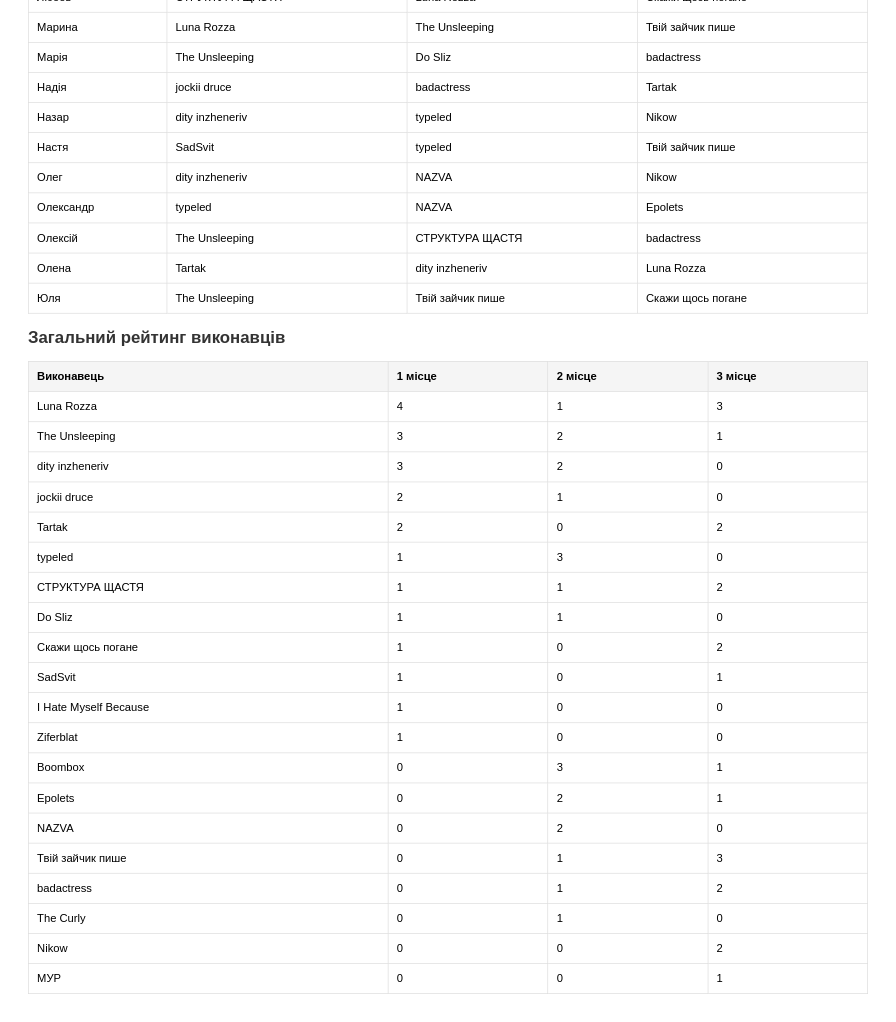
Repository: sheislera/IOD2
Page: http://localhost/
These files come from the project's save history. The page is drawn as it stood at one moment and after the next save; the edit follows.
The browser window is 1280 px wide. The pictures show the part of the page from y = 1050 to 2970 px (the page is 2510 px tall before and 2970 px after), at 70% of full size.
The page is served by the project's application, run on Flask 3 (main.py). The page reads the database file committed with the project.

Above is the page before, as saved 2025-05-12 22:33:56.

### templates/vote.html
<!DOCTYPE html>
<html lang="uk">
<head>
    <meta charset="UTF-8">
    <meta name="viewport" content="width=device-width, initial-scale=1.0">
    <title>Голосування</title>
    <style>
        body {
            font-family: Arial, sans-serif;
            max-width: 1200px;
            margin: 0 auto;
            padding: 20px;
        }

        h1, h2 {
            color: #333;
        }

        table {
            width: 100%;
            border-collapse: collapse;
            margin: 20px 0;
        }

        th, td {
            padding: 12px;
            text-align: left;
            border: 1px solid #ddd;
        }

        th {
            background-color: #f5f5f5;
        }

        form {
            display: grid;
            gap: 15px;
            max-width: 600px;
            margin: 20px 0;
        }

        label {
            font-weight: bold;
            margin-top: 10px;
        }

        select {
            padding: 8px;
            border: 1px solid #ddd;
            border-radius: 4px;
            width: 100%;
        }

        button {
            padding: 10px 20px;
            background-color: #4CAF50;
            color: white;
            border: none;
            border-radius: 4px;
            cursor: pointer;
            margin-top: 10px;
        }

        button:hover {
            background-color: #45a049;
        }

        .voting-form {
            background-color: #f9f9f9;
            padding: 20px;
            border-radius: 8px;
            box-shadow: 0 2px 4px rgba(0,0,0,0.1);
        }

        .total-results {
            margin-top: 30px;
        }

        .delete-btn {
            color: red;
            text-decoration: none;
            margin-left: 10px;
        }

        .add-expert-form {
            margin: 20px 0;
            padding: 15px;
            background-color: #f5f5f5;
            border-radius: 4px;
        }

        .add-expert-form input[type="text"] {
            padding: 5px;
            margin-right: 10px;
        }

        .add-expert-form button {
            padding: 5px 10px;
            background-color: #4CAF50;
            color: white;
            border: none;
            border-radius: 4px;
            cursor: pointer;
        }

        .voting-block {
            background-color: #f5f5f5;
            padding: 20px;
            border-radius: 8px;
            margin-bottom: 20px;
        }

        .form-group {
            margin-bottom: 15px;
        }

        .or-divider {
            text-align: center;
            margin: 15px 0;
            color: #666;
        }
    </style>
    <script>
        function showExistingExpertForm() {
            document.getElementById('expert-type-buttons').style.display = 'none';
            document.getElementById('existing-expert-form').style.display = 'block';
            document.getElementById('new-expert-form').style.display = 'none';
            updateOptions();
        }

        function showNewExpertForm() {
            document.getElementById('expert-type-buttons').style.display = 'none';
            document.getElementById('existing-expert-form').style.display = 'none';
            document.getElementById('new-expert-form').style.display = 'block';
            updateNewOptions();
        }

        function hideExpertForms() {
            document.getElementById('expert-type-buttons').style.display = 'flex';
            document.getElementById('existing-expert-form').style.display = 'none';
            document.getElementById('new-expert-form').style.display = 'none';
        }

        function updateOptions() {
            const choice1 = document.getElementById("choice1").value;
            const choice2 = document.getElementById("choice2").value;
            const choice3 = document.getElementById("choice3").value;

            const selects = ["choice1", "choice2", "choice3"];
            const selectedValues = [choice1, choice2, choice3];

            selects.forEach((selectId, idx) => {
                const select = document.getElementById(selectId);
                const options = select.options;

                for (let i = 0; i < options.length; i++) {
                    options[i].disabled = false;
                    const value = options[i].value;

                    selectedValues.forEach((selectedValue, selectedIdx) => {
                        if (idx !== selectedIdx && value === selectedValue) {
                            options[i].disabled = true;
                        }
                    });
                }
            });
        }

        function updateNewOptions() {
            const choice1 = document.getElementById("new_choice1").value;
            const choice2 = document.getElementById("new_choice2").value;
            const choice3 = document.getElementById("new_choice3").value;

            const selects = ["new_choice1", "new_choice2", "new_choice3"];
            const selectedValues = [choice1, choice2, choice3];

            selects.forEach((selectId, idx) => {
                const select = document.getElementById(selectId);
                const options = select.options;

                for (let i = 0; i < options.length; i++) {
                    options[i].disabled = false;
                    const value = options[i].value;

                    selectedValues.forEach((selectedValue, selectedIdx) => {
                        if (idx !== selectedIdx && value === selectedValue) {
                            options[i].disabled = true;
                        }
                    });
                }
            });
        }

        // Initialize on page load
        window.onload = hideExpertForms;
    </script>
</head>
<body>
    <h1>Система голосування</h1>

    <div class="voting-block">
        <h2>Голосування</h2>

        <!-- Кнопки вибору типу експерта -->
        <div id="expert-type-buttons" style="display: flex; gap: 20px; margin-bottom: 20px;">
            <button onclick="showExistingExpertForm()" style="flex: 1;">Я - існуючий експерт</button>
            <button onclick="showNewExpertForm()" style="flex: 1;">Я - новий експерт</button>
        </div>

        <!-- Форма для існуючого експерта -->
        <form method="post" id="existing-expert-form" style="display: none;">
            <div class="form-group">
                <label for="expert">Виберіть своє ім'я:</label>
                <select name="expert" id="expert" required>
                    {% for expert in experts %}
                        <option value="{{ expert }}">{{ expert }}</option>
                    {% endfor %}
                </select>
            </div>

            <div class="form-group">
                <label for="choice1">1 місце:</label>
                <select name="choice1" id="choice1" required onchange="updateOptions()">
                    {% for performer in performers %}
                        <option value="{{ performer[0] }}">{{ performer[1] }}</option>
                    {% endfor %}
                </select>
            </div>

            <div class="form-group">
                <label for="choice2">2 місце:</label>
                <select name="choice2" id="choice2" required onchange="updateOptions()">
                    {% for performer in performers %}
                        <option value="{{ performer[0] }}">{{ performer[1] }}</option>
                    {% endfor %}
                </select>
            </div>

            <div class="form-group">
                <label for="choice3">3 місце:</label>
                <select name="choice3" id="choice3" required onchange="updateOptions()">
                    {% for performer in performers %}
                        <option value="{{ performer[0] }}">{{ performer[1] }}</option>
                    {% endfor %}
                </select>
            </div>

            <button type="submit">Проголосувати</button>
            <button type="button" onclick="hideExpertForms()" style="background-color: #666;">Назад</button>
        </form>

        <!-- Форма для нового експерта -->
        <form method="post" action="{{ url_for('add_expert') }}" id="new-expert-form" style="display: none;">
            <div class="form-group">
                <label for="new_expert">Введіть своє ім'я:</label>
                <input type="text" name="new_expert" id="new_expert" required>
            </div>

            <div class="form-group">
                <label for="new_choice1">1 місце:</label>
                <select name="choice1" id="new_choice1" required onchange="updateNewOptions()">
                    {% for performer in performers %}
                        <option value="{{ performer[0] }}">{{ performer[1] }}</option>
                    {% endfor %}
                </select>
            </div>

            <div class="form-group">
                <label for="new_choice2">2 місце:</label>
                <select name="choice2" id="new_choice2" required onchange="updateNewOptions()">
                    {% for performer in performers %}
                        <option value="{{ performer[0] }}">{{ performer[1] }}</option>
                    {% endfor %}
                </select>
            </div>

            <div class="form-group">
                <label for="new_choice3">3 місце:</label>
                <select name="choice3" id="new_choice3" required onchange="updateNewOptions()">
                    {% for performer in performers %}
                        <option value="{{ performer[0] }}">{{ performer[1] }}</option>
                    {% endfor %}
                </select>
            </div>

            <button type="submit">Проголосувати</button>
            <button type="button" onclick="hideExpertForms()" style="background-color: #666;">Назад</button>
        </form>
    </div>

    <div class="voting-block">
        <h2>Голосування за евристики</h2>
        <p>Після того як ви проголосували за виконавців, ви можете вибрати евристики для фільтрації результатів.</p>
        <a href="{{ url_for('vote_heuristics') }}" class="button" style="display: inline-block; padding: 10px 20px; background-color: #4CAF50; color: white; text-decoration: none; border-radius: 4px; margin-top: 10px;">
            Перейти до голосування за евристики
        </a>
    </div>

    <h2>Результати голосування експертів</h2>
    <table>
        <tr>
            <th>Експерт</th>
            <th>1 місце</th>
            <th>2 місце</th>
            <th>3 місце</th>
        </tr>
        {% for vote in votes %}
        <tr>
            <td>{{ vote[0] }}</td>
            <td>{{ vote[1] }}</td>
            <td>{{ vote[2] }}</td>
            <td>{{ vote[3] }}</td>
        </tr>
        {% endfor %}
    </table>

    <h2>Загальний рейтинг виконавців</h2>
    <table>
        <tr>
            <th>Виконавець</th>
            <th>1 місце</th>
            <th>2 місце</th>
            <th>3 місце</th>
        </tr>
        {% for result in total_results %}
        <tr>
            <td>{{ result[0] }}</td>
            <td>{{ result[1] }}</td>
            <td>{{ result[2] }}</td>
            <td>{{ result[3] }}</td>
        </tr>
        {% endfor %}
    </table>
</body>
</html>

### voting.db (the tables this page reads, as SQL)
CREATE TABLE experts (
                id INTEGER PRIMARY KEY AUTOINCREMENT,
                name TEXT UNIQUE NOT NULL
            );
INSERT INTO "experts" VALUES
(1, 'Артем'),
(2, 'Назар'),
(3, 'Настя'),
(4, 'Юля'),
(5, 'Коля'),
(6, 'Віра'),
(7, 'Надія'),
(8, 'Любов'),
(9, 'Олексій'),
(10, 'Олег'),
(11, 'Марія'),
(12, 'Лера'),
(13, 'Олена'),
(14, 'Іван'),
(15, 'Олександр'),
(16, 'Валя'),
(17, 'Даня'),
(18, 'Марина'),
(19, 'Злата'),
(20, 'Костя'),
(61, 'Викладач');

CREATE TABLE heuristic_votes (
                id INTEGER PRIMARY KEY AUTOINCREMENT,
                expert_id INTEGER,
                heuristic_id INTEGER,
                priority INTEGER CHECK(priority IN (1, 2, 3)),
                FOREIGN KEY(expert_id) REFERENCES experts(id),
                FOREIGN KEY(heuristic_id) REFERENCES heuristics(id),
                UNIQUE(expert_id, priority)
            );
INSERT INTO "heuristic_votes" VALUES
(4, 1, 6, 1),
(5, 1, 1, 2),
(6, 1, 2, 3),
(7, 4, 9, 1),
(8, 4, 11, 2),
(9, 4, 14, 3),
(16, 14, 16, 1),
(17, 14, 15, 2),
(18, 14, 18, 3),
(19, 12, 15, 1),
(20, 12, 17, 2),
(21, 12, 16, 3),
(22, 61, 15, 1),
(23, 61, 20, 2),
(24, 61, 16, 3);

CREATE TABLE heuristics (
                id INTEGER PRIMARY KEY AUTOINCREMENT,
                name TEXT UNIQUE NOT NULL,
                description TEXT NOT NULL
            );
INSERT INTO "heuristics" VALUES
(15, 'E1', 'Об''єкт 1 раз був на 3 місці'),
(16, 'E2', 'Об''єкт 1 раз був на 2 місці'),
(17, 'E3', 'Об''єкт 1 раз був на 1 місці'),
(18, 'E4', 'Об''єкт 2 рази на 3 місці'),
(19, 'E5', '1 раз на 3 і 1 раз на 2 місці'),
(20, 'E6', 'Був у 3+ голосуваннях, але ніколи на 1 місці'),
(21, 'E7', 'Має менше 2 балів загалом');

CREATE TABLE performers (
                id INTEGER PRIMARY KEY AUTOINCREMENT,
                name TEXT UNIQUE NOT NULL
            );
INSERT INTO "performers" VALUES
(1, 'dity inzheneriv'),
(2, 'SadSvit'),
(3, 'badactress'),
(4, 'jockii druce'),
(5, 'Do Sliz'),
(6, 'Boombox'),
(7, 'Nikow'),
(8, 'МУР'),
(9, 'The Curly'),
(10, 'I Hate Myself Because'),
(11, 'NAZVA'),
(12, 'Ziferblat'),
(13, 'typeled'),
(14, 'Твій зайчик пише'),
(15, 'Luna Rozza'),
(16, 'Tartak'),
(17, 'Скажи щось погане'),
(18, 'СТРУКТУРА ЩАСТЯ'),
(19, 'Epolets'),
(20, 'The Unsleeping');

CREATE TABLE votes (
                id INTEGER PRIMARY KEY AUTOINCREMENT,
                expert_id INTEGER UNIQUE, 
                choice1 INTEGER,
                choice2 INTEGER,
                choice3 INTEGER,
                FOREIGN KEY(expert_id) REFERENCES experts(id),
                FOREIGN KEY(choice1) REFERENCES performers(id),
                FOREIGN KEY(choice2) REFERENCES performers(id),
                FOREIGN KEY(choice3) REFERENCES performers(id)
            );
INSERT INTO "votes" VALUES
(1, 1, 15, 6, 8),
(2, 2, 1, 13, 7),
(3, 3, 2, 13, 14),
(4, 4, 20, 14, 17),
(5, 5, 15, 4, 20),
(6, 6, 12, 20, 14),
(7, 7, 4, 3, 16),
(8, 8, 18, 15, 17),
(9, 9, 20, 18, 3),
(10, 10, 1, 11, 7),
(11, 11, 20, 5, 3),
(12, 12, 16, 19, 18),
(13, 13, 16, 1, 15),
(14, 14, 1, 6, 15),
(15, 15, 13, 11, 19),
(16, 16, 15, 9, 16),
(17, 17, 10, 13, 2),
(18, 18, 15, 20, 14),
(19, 19, 17, 1, 18),
(20, 20, 4, 6, 15),
(21, 61, 5, 19, 6);

Loaded but not shown: main.py (582 lines, source omitted)

After the next save:
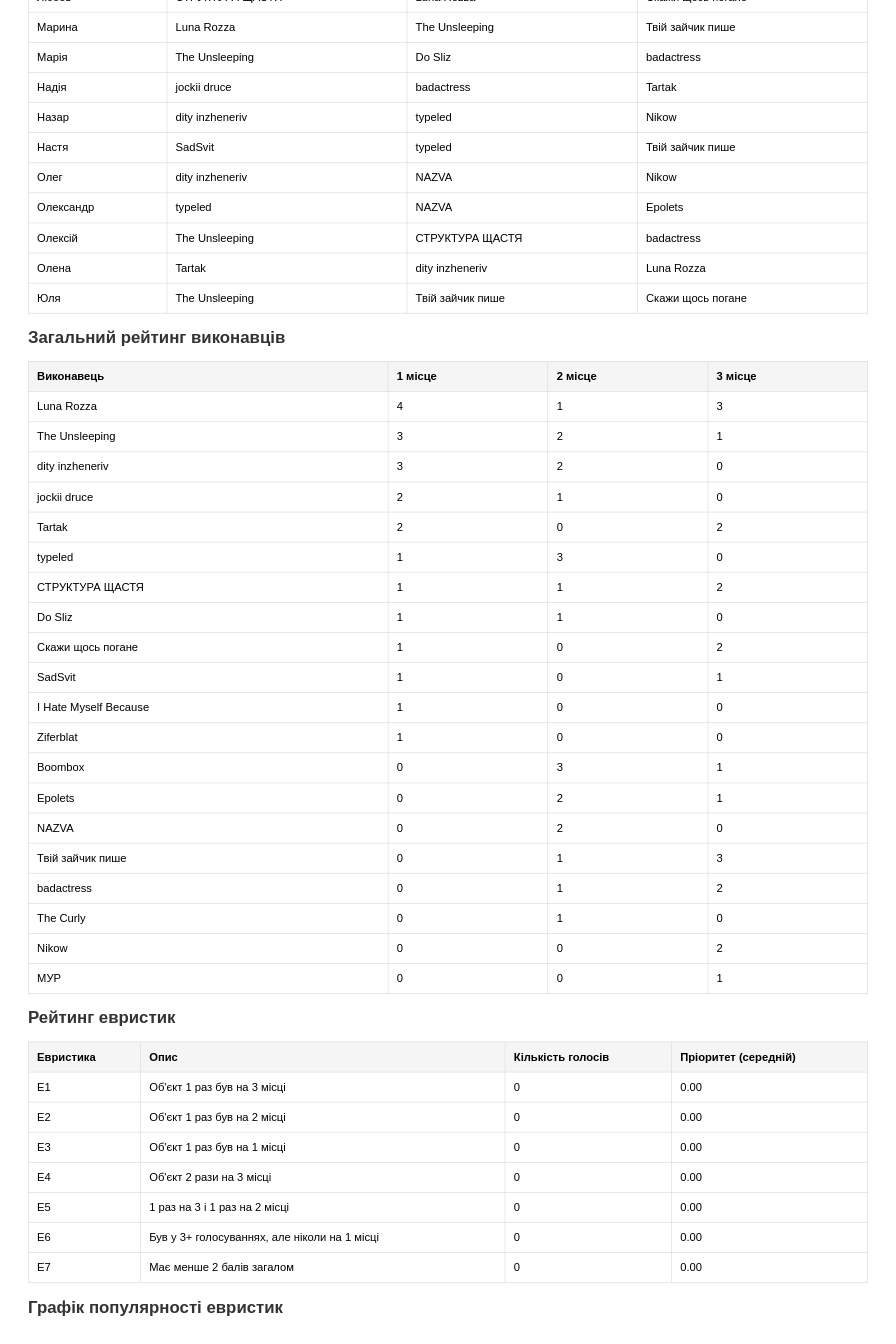
Console error: ReferenceError: Plotly is not defined
Saved 6 s later.
--- a/templates/vote.html
+++ b/templates/vote.html
@@ -331,5 +331,33 @@
         </tr>
         {% endfor %}
     </table>
+
+    <h2>Рейтинг евристик</h2>
+    <table>
+        <tr>
+            <th>Евристика</th>
+            <th>Опис</th>
+            <th>Кількість голосів</th>
+            <th>Пріоритет (середній)</th>
+        </tr>
+        {% for heuristic in heuristics_ranking %}
+        <tr>
+            <td>{{ heuristic.name }}</td>
+            <td>{{ heuristic.description }}</td>
+            <td>{{ heuristic.votes }}</td>
+            <td>{{ "%.2f"|format(heuristic.avg_priority) }}</td>
+        </tr>
+        {% endfor %}
+    </table>
+
+    <div class="plot-container">
+        <h2>Графік популярності евристик</h2>
+        <div id="heuristics-plot"></div>
+    </div>
+
+    <script>
+        var graphs = {{ plot_json | safe }};
+        Plotly.newPlot('heuristics-plot', graphs.data, graphs.layout);
+    </script>
 </body>
 </html>
